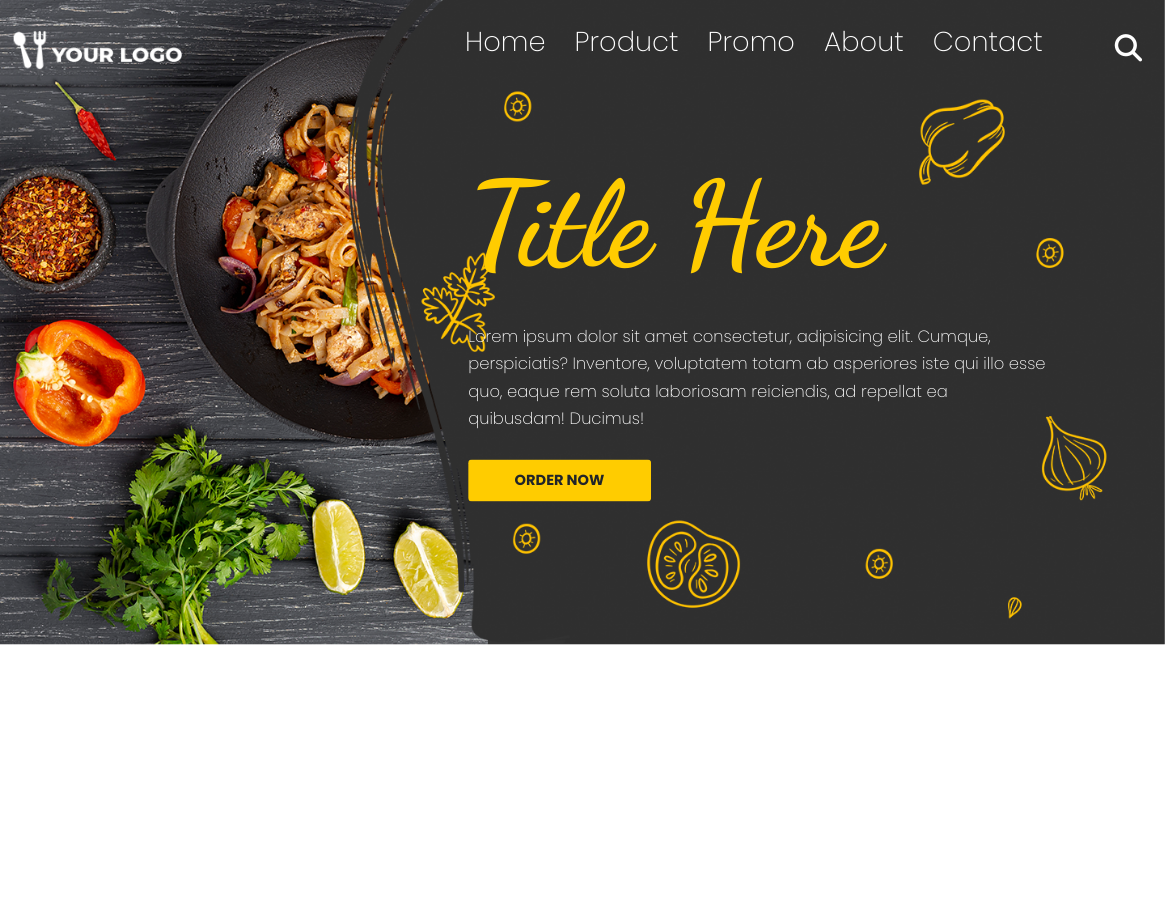
Repository: iphoneboy46/templateRestaurent
Page: index.html
The author's editor kept a copy of each file at every save. The page is drawn from the files as they stood at one save, then again after the next save.
The browser window is 1280 px wide. The pictures show the whole page, at 91% of full size.

Above is the page before, as saved 2022-10-12 15:20:04.

### index.html
<!DOCTYPE html>
<html lang="en">

<head>
    <meta charset="UTF-8">
    <meta http-equiv="X-UA-Compatible" content="IE=edge">
    <meta name="viewport" content="width=device-width, initial-scale=1.0">
    <link rel="stylesheet" href="https://cdn.jsdelivr.net/npm/bootstrap@4.3.1/dist/css/bootstrap.min.css"
        integrity="sha384-ggOyR0iXCbMQv3Xipma34MD+dH/1fQ784/j6cY/iJTQUOhcWr7x9JvoRxT2MZw1T" crossorigin="anonymous">
    <script src="https://code.jquery.com/jquery-3.3.1.slim.min.js"
        integrity="sha384-q8i/X+965DzO0rT7abK41JStQIAqVgRVzpbzo5smXKp4YfRvH+8abtTE1Pi6jizo"
        crossorigin="anonymous"></script>
    <script src="https://cdn.jsdelivr.net/npm/popper.js@1.14.7/dist/umd/popper.min.js"
        integrity="sha384-UO2eT0CpHqdSJQ6hJty5KVphtPhzWj9WO1clHTMGa3JDZwrnQq4sF86dIHNDz0W1"
        crossorigin="anonymous"></script>
    <script src="https://cdn.jsdelivr.net/npm/bootstrap@4.3.1/dist/js/bootstrap.min.js"
        integrity="sha384-JjSmVgyd0p3pXB1rRibZUAYoIIy6OrQ6VrjIEaFf/nJGzIxFDsf4x0xIM+B07jRM"
        crossorigin="anonymous"></script>
    <link rel="stylesheet" href="https://cdnjs.cloudflare.com/ajax/libs/font-awesome/6.2.0/css/all.min.css"
        integrity="sha512-xh6O/CkQoPOWDdYTDqeRdPCVd1SpvCA9XXcUnZS2FmJNp1coAFzvtCN9BmamE+4aHK8yyUHUSCcJHgXloTyT2A=="
        crossorigin="anonymous" referrerpolicy="no-referrer" />
    <link rel="stylesheet" href="style.css">
    <title>Document</title>
</head>

<body>
    <header class="header container-fluid">
        <nav class="menu__list pt-3">
           <div class="logo">
                <a class="navbar-brand">
                    <img src="images/logo.png" alt="">
                </a>
           </div>
            <ul class="menu__items">
                <li class="nav-item">
                    <a class="nav-link text-white" href="#">Home</a>
                </li>
                <li class="nav-item">
                    <a class="nav-link text-white" href="#">Product</a>
                </li>
                <li class="nav-item">
                    <a class="nav-link text-white" href="#">Promo</a>
                </li>
                <li class="nav-item">
                    <a class="nav-link text-white" href="#">About</a>
                </li>
                <li class="nav-item">
                    <a class="nav-link text-white" href="#">Contact</a>
                </li>
            </ul>
            <div class="item--search">
                <i class="fa-solid fa-magnifying-glass"></i>
            </div>
        </nav>
        <div class="header__content">
            <h1>Title Here</h1>
            <p>Lorem ipsum dolor sit amet consectetur, adipisicing elit. Cumque, perspiciatis? Inventore, voluptatem totam ab asperiores iste qui illo esse quo, eaque rem soluta laboriosam reiciendis, ad repellat ea quibusdam! Ducimus!</p>
            <button type="button" class="btn">ORDER NOW</button>
        </div>
    </header>
    <section class="section container-fluid">

    </section>
</body>

</html>

### style.css
@import url('https://fonts.googleapis.com/css2?family=Poppins:wght@200&display=swap');
@import url('https://fonts.googleapis.com/css2?family=Dancing+Script:wght@700&family=Great+Vibes&family=Pacifico&family=Poppins:wght@200;700&family=Yellowtail&display=swap');
@import url('https://fonts.googleapis.com/css2?family=Dancing+Script:wght@700&family=Pacifico&family=Poppins:wght@200&display=swap');


* {
    padding: 0;
    margin: 0;
    box-sizing: border-box;
    font-family: 'Poppins', sans-serif;
    text-decoration: none;
    list-style: none;
}

.logo {
    width: 30%;
}

.header {
    background-image: url(images/header.png);
    width: 100%;
    height: 1000px;
    background-size: 100%;
    background-repeat: no-repeat;
    object-fit: fill;
}

.menu__list {
    display: flex;
    justify-content: space-between;
    align-items: center;
}

.menu__items {
    display: flex;
    justify-content: space-between;
    align-items: center;
    width: 50%;
}

.menu__items li a {
    font-size: 30px;
}


.item--search i {
    margin-right: 10px;
    color: white;
    font-size: 30px;
}

.header__content {
    width: 635px;
    position: absolute;
    top: 50%;
    left: 65%;
    transform: translate(-50%, -50%)
}



.header__content h1 {
    color: #ffcc00;
    font-size: 130px;
    font-weight: bold;
    font-family:  'Dancing Script', sans-serif;
}

.header__content p {
    font-size: 18px;
    color: white;
    line-height: 30px;
    margin-top: 30px;
    margin-bottom: 30px;
}

.header__content .btn {
    background-color: #ffcc00;
    font-weight: 800;
    padding: 10px 50px;
}

After the next save:
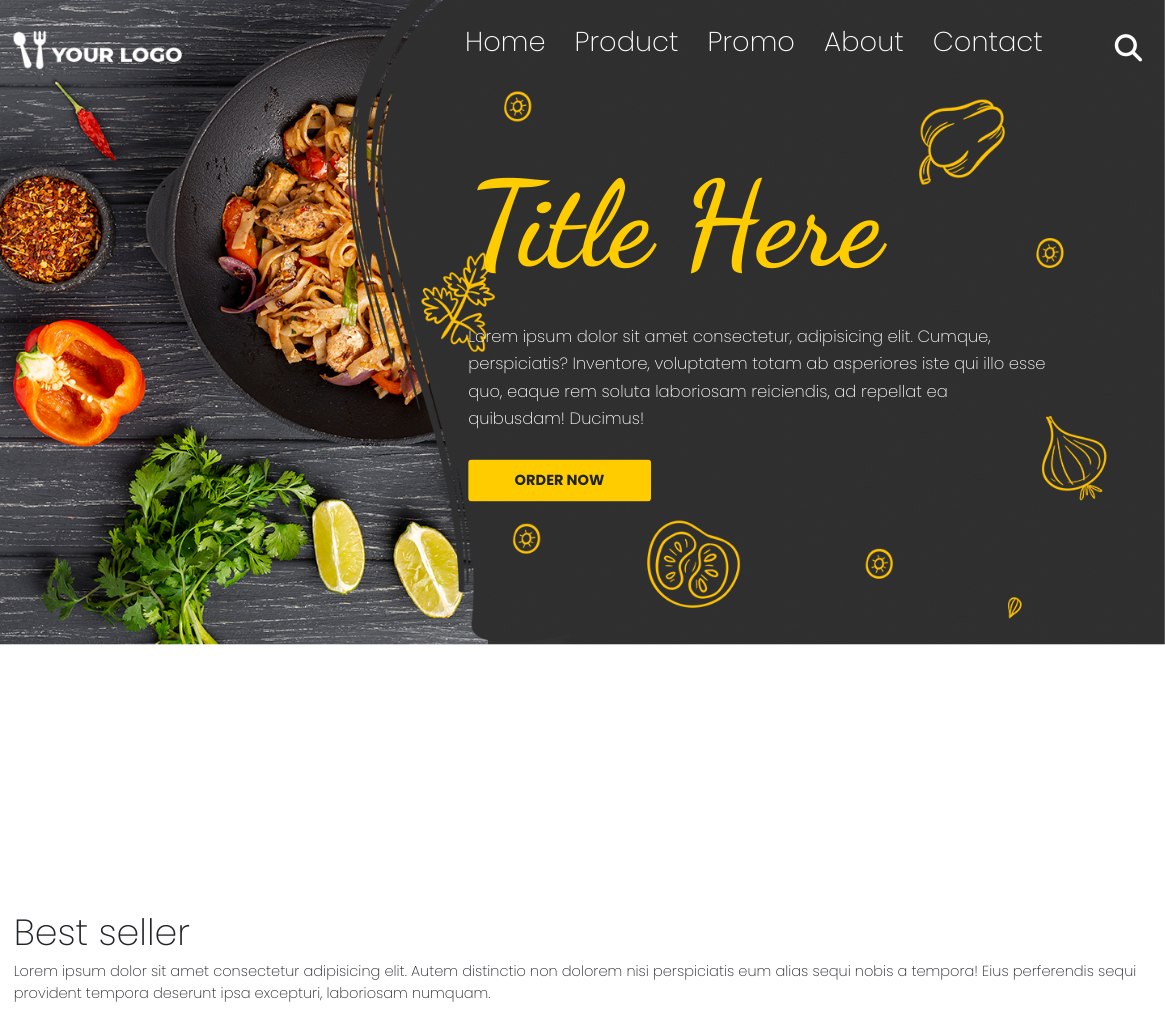
Saved 86 s later.
--- a/index.html
+++ b/index.html
@@ -59,7 +59,10 @@
         </div>
     </header>
     <section class="section container-fluid">
-
+        <div class="section__best-seller">
+            <h1>Best seller</h1>
+            <p>Lorem ipsum dolor sit amet consectetur adipisicing elit. Autem distinctio non dolorem nisi perspiciatis eum alias sequi nobis a tempora! Eius perferendis sequi provident tempora deserunt ipsa excepturi, laboriosam numquam.</p>
+        </div>
     </section>
 </body>
 
